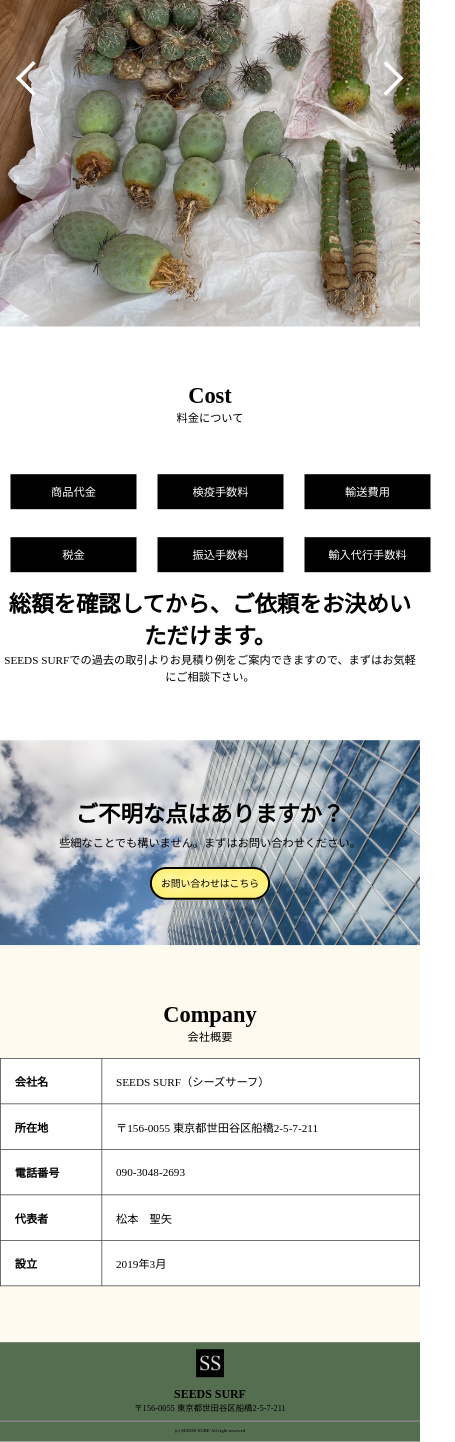
Repository: Seiya00002/seeds-surf-lp
Page: index.html
These files come from the project's save history. The page is drawn as it stood at one moment and after the next save; the edit follows.
The browser window is 600 px wide. The page is 650 px wide, so the pictures cover 650 px, including what lies to the right of the window. The pictures show the part of the page from y = 2898 to 5138 px (the page is 4958 px tall before and 5138 px after), at 70% of full size.

Above is the page before, as saved 2023-07-19 10:07:34.

### index.html
<!DOCTYPE html>
<html lang="ja">
<head>
    <meta charset="UTF-8">
    <meta http-equiv="X-UA-Compatible" content="IE=edge">
    <meta name="viewport" content="width=device-width, initial-scale=1.0,
    minimum-scale=1, maximum-scale=1, user-scalable=no">
    <title>輸入代行SEEDS SURF</title>
    <link rel="stylesheet" href="css/style.css">
</head>
<body>
    <header>
        <div class="header_left">
            <img src="img/sslogo.jpg"
                alt="logo"
                width="40"
                height="40"
                class="logo">
            <h1>植物専門・輸入代行</h1>

        </div>
        <!-- <div class="header_right">
            <img src="img/tel_logo.png"
                alt="tel_logo"
                width="35"
                height="35"
                class="tel_logo">
            <div class="header_contact">
                <h2>090-3048-2693</h2>
                <p>（平日9:00 ~ 18:00）</p>
            </div>
        </div> -->
    </header>

    <main>
        <div class="top_wrapper">
            <div class="container">
                <div class="hero_message">
                    <div class="calculation-app">
                        <h2>お見積り計算シュミレーション</h2>

                            <p>仕入れ先の地域を選択して下さい。</p>
                            <form name="form1">
                                <select name="place">
                                    <option value="1.3">北米</option>
                                    <option value="1.2">ヨーロッパ</option>
                                    <option value="1">アジア</option>
                                </select>
                            </form>

                            <p>箱のサイズの予想を選択して下さい。</p>
                            <form name="form2">
                                <select name="box">
                                    <option value="18350">15kg</option>
                                    <option value="13350">10kg</option>
                                    <option value="8150">5kg</option>
                                </select>
                            </form>
                            <p>およその商品代金を入力して下さい。</p>
                            <label>￥</label><input
                            type="text"
                            id="price"
                            value=""
                            placeholder="金額を入力して下さい"
                            maxlength="7"
                            size="19"
                            ></label>

                            <br>
                            <br>
                            <div class="btn-box">
                                <button id="button">計算Go!!</button>
                            </div>
                    </div>
                </div>
            </div>
        </div>


        <!-- 見積り表 -->
    <div id="estimate_table" class="estimate_wrapper">
        <div class="container">
            <h3>予想お見積り表</h3>
            <table align="center" class="estimate">
                <tr>
                    <th>商品代金</th>
                    <td>¥<span id="span2"></span></td>
                </tr>
                <tr>
                    <th>検疫手数料</th>
                    <td>¥<span id="span3"></span></td>
                </tr>
                <tr>
                    <th>送料</th>
                    <td>¥<span id="span4"></span></td>
                </tr>
                <tr>
                    <th>弊社代行手数料</th>
                    <td>¥<span id="span5"></span></td>
                </tr>
                <tr>
                    <th>海外送金手数料</th>
                    <td>¥<span id="span6"></span></td>
                </tr>
                <tr>
                    <th>税金</th>
                    <td>¥<span id="span7"></span></td>
                </tr>
                <tr>
                  <th class="total">合計</th>
                  <th class="total">¥<span id="span1"></span></th>
              </tr>
            </table>
            <h4>詳しくは下記の「Cost」欄をご覧下さい。</h4>
        </div>
    </div>
        <div class="top_message">
            <div class="container">
                <div class="message">
                    <h1>植物専門の輸入代行とは</h1>
                    <p><img class="check" src="./img/check_icon.png"> 観葉植物などで検疫やワシントン条約に関わる特殊なお手続きを代行いたします。
                        <br><img class="check" src="./img/check_icon.png"> 言語や情報の壁のある現地業社との交渉から購買代行ご対応いたします。
                        <br><img class="check" src="./img/check_icon.png"> 仕入れ先の現地優良業社をご紹介いたします。
                    </p>

                </div>
            </div>
        </div>

        <div class="project_wrapper">
            <div class="container">
                <div class="projects">
                    <div class="project">
                        <div class="project_icon">
                            <img src="img/project_imag1.jpg">
                            <h2>「迅速・柔軟サービス」</h2>
                        </div>
                        <p class="text_contents">フットワークの軽いスタッフが、柔軟にお客様のご要望にご対応いたします。大変な植物の特殊なお手続きを出来る限りスムーズなお取引きを実現いたします。</p>

                    </div>
                    <div class="project">
                        <div class="project_icon">
                            <img src="img/pro_airport.jpg">
                            <h2>「全世界対応」</h2>
                        </div>
                        <p class="text_contents">全地域の現地業社との交渉、購買手続きにご対応いたします。</p>

                    </div>
                    <div class="project">
                        <div class="project_icon">
                            <img src="img/project_img3.jpg">
                            <h2>「現地企業のご紹介サービス」</h2>
                        </div>
                        <p class="text_contents">私たちは信頼出来る優良な業者様とお付き合いがございます。お取引き業者をお持ちでない方も、今すぐ輸入事業を始めることが出来ます。</p>
                    </div>
                        <div class="clear"></div>

                </div>
            </div>
        </div>
        <div class="service_wrapper">
            <div class="container">
                <div class="service_heading">
                    <h1>Frow</h1>
                    <p>輸入取引の流れ</p>
                </div>
                <div class="step">
                    <img src="img/person_img.png"
                    class="step_icon">
                    <div class="step_cont">
                        <h2>Step 1</h2>
                        <p>現地企業交渉</p>
                    </div>
                </div>
                <img src="img/down_img.png" class="step_icon2">

                <div class="step">
                    <img src="img/cal_img.png"
                    class="step_icon">
                    <div class="step_cont">
                        <h2>Step 2</h2>
                        <p>お見積り</p>
                    </div>
                </div>
                <img src="img/down_img.png" class="step_icon2">

                <div class="step">
                    <img src="img/bank_img.png"
                    class="step_icon">
                    <div class="step_cont">
                        <h2>Step 3</h2>
                        <p>お支払い</p>
                    </div>
                </div>
                <img src="img/down_img.png" class="step_icon2">
                <div class="step">
                    <img src="img/airp_imag.png"
                    class="step_icon">
                    <div class="step_cont">
                        <h2>Step 4</h2>
                        <p>発送</p>
                    </div>
                </div>
                <img src="img/down_img.png" class="step_icon2">
                <div class="step">
                    <img src="img/drivery_img.png"
                    class="step_icon">
                    <div class="step_cont">
                        <h2>Step 5</h2>
                        <p>お受取り</p>
                    </div>
                </div>
            </div>
        </div>

        <!-- スライドショー -->
        <div class="slide_wrapper">
            <div id="slide" class="slideshow">
                <p class="disc">SEEDS SURF</p>
                <a class="arrow next" id="right" href="#"></a>
                <a class="arrow back" id="left" href="#"></a>
            </div>
        </div>

        <div class="cost_wrapper">
            <div class="container">
                <div class="cost_heading">
                    <h1>Cost</h1>
                    <p>料金について</p>
                </div>
                <div class="cost_cont">
                    <div class="list01">
                        <p>商品代金</p>
                    </div>
                    <div class="list01">
                        <p>検疫手数料</p>
                    </div>
                    <div class="list01">
                        <p>輸送費用</p>
                    </div>
                    <div class="list02">
                        <p>税金</p>
                    </div>
                    <div class="list02">
                        <p>振込手数料</p>
                    </div>
                    <div class="list02">
                        <p>輸入代行手数料</p>
                    </div>
                    <!-- <div class="clear"></div> -->
                </div>
                <div class="cost_message">
                    <h1>総額を確認してから、ご依頼をお決めいただけます。</h1>
                    <p>SEEDS SURFでの過去の取引よりお見積り例をご案内できますので、まずはお気軽にご相談下さい。</p>
                </div>
            </div>
        </div>
        <div class="contact_wrapper">
            <div class="container">
                <h1>ご不明な点はありますか？</h1>
                <p>些細なことでも構いません。まずはお問い合わせください。</p>
                <a href="https://seeds-surf.com/%e3%81%8a%e5%95%8f%e3%81%84%e5%90%88%e3%82%8f%e3%81%9b/" class="btn contact">お問い合わせはこちら</a>
                <!-- <h2>TEL : 090-3048-2693</h2> -->
                <!-- <p>メールフォームよりお問い合わせ下さい。<br>営業時間：平日10：00〜19：00</p> -->
            </div>
        </div>
        <div class="company_wrapper">
            <div class="container">
                <h1>Company</h1>
                <p>会社概要</p>
                <table align="center" class="company">
                    <tr>
                        <th>会社名</th>
                        <td>SEEDS SURF（シーズサーフ）</td>
                    </tr>
                    <tr>
                        <th>所在地</th>
                        <td>〒156-0055 東京都世田谷区船橋2-5-7-211</td>
                    </tr>
                    <tr>
                        <th>電話番号</th>
                        <td>090-3048-2693</td>
                    </tr>
                    <tr>
                        <th>代表者</th>
                        <td>松本　聖矢</td>
                    </tr>
                    <tr>
                        <th>設立</th>
                        <td>2019年3月</td>
                    </tr>
                </table>
            </div>
        </div>


    </main>

    <footer>
        <div class="container">
                <img src="img/sslogo.jpg"
                    alt="logo"
                    width="40"
                    height="40"
                    class="logo">
                <h1>SEEDS SURF</h1>
                <p>〒156-0055 東京都世田谷区船橋2-5-7-211</p>
                <hr color="gray">
                <small>(c) SEEDS SURF All right reserved</small>
        </div>
    </footer>

    <script src="./app.js"></script>
</body>
</html>

### css/style.css
/* all */
*{
    box-sizing: border-box;
    margin: 0;
    padding: 0;
}

h1 {
    font-family: 'Times New Roman', Times, serif;

}

h2 ,h3 ,p {
    font-family: 'Hiragino Sans';

}
/* header */

header {
    height: 70px;
    display: flex;
    align-items: center;
    position: absolute;
}

.header_left {
    display: flex;
}

.header_right {
    display: flex;
    margin: 0 0 0 auto;
}

.logo {
    margin: 10px 10px;
}

.tel_logo {
    margin: 20px 10px;
}

header h1 {
    font-size: 23px;
    padding: 18px 10px;
    font-weight: 500px;
    text-shadow: 6px 6px 10px white, -6px -6px 10px white;

}

header h2 {
    font-size: 21px;
    padding: 15px 10px 0 0;
}

header p {
    padding-bottom: 10px;
}
.container {
    text-align: center;
    width: 100%;
}

/* main */

/* top */
.top_wrapper {
    color: white;
    width: 100%;
    height: auto;
}

.hero_message {
    background-image: url(../img/cream-spike.jpg);
    background-size: cover;

    font-size: 15px;
    color: black;
    height: 660px;
    min-width:100%;
    font-weight: bold;
    display: flex;
    justify-content: center;
    align-items: center;
    line-height: 2.5em;
}

.calculation-app {
    background: rgb(255, 255, 255,0.5);
    padding: 70px;
    border-radius: 10%;
}

.hero_message h2 {
    padding-bottom: 30px;
}

.top_message {
    background-color: rgb(85, 110, 80);
    color: white;
    padding: 30px 0;
}

.top_message p {
    padding-top: 20px;
    font-size: 17px;
    line-height: 1.6rem;
}

.check {
    width: 16px;
    height: 16px;
}

/* project_wrapper */
.project_wrapper {
    margin-bottom: 80px;
}

.project {
    float: left;
    width: 33%;
    padding: 20px 10px 20px 10px;
    height: 300px;

}

.project_icon {
    position: relative;

}

.project_icon h2 {
    position: absolute;
    top: 80px;
    width: 100%;
    color: white;
    font-weight: normal;

}

@media (max-width: 1000px) {
    .project {
        width: 50%;
    }
}

@media (max-width: 670px) {
    .project {
        width: 100%;
    }
}


.clear {
    clear: left;
}

/* service_wrapper */
.service_wrapper {
    background-color: #fffaf0;
    padding: 80px 0;
}

.service_heading {
padding-bottom: 50px;
}

.step {
    display: flex;
    justify-content: center;
    align-items: center;
    padding: 20px 0;

}

.step_cont {
    padding-left: 50px;
}

.step_icon {
    width: 70px;
    height: 70px;

}

.step_icon2 {
    width: 15px;
    height: 15px;

}

.step h2 {
    font-size: 14px;
}

.step p {
    font-size: 20px;
    padding-top: 13px;
}

/* cost_wrapper */
.cost_wrapper {
    padding: 80px 0;
}

.cost_cont {
    padding-top: 50px;
    width: 650px;
    margin: 0 auto;
    flex-wrap: wrap;
    display: flex;

}


.list01 {
    background-color: black;
    width: 180px;
    height: 50px;
    color: white;
    margin: 20px 15px;
    justify-content: center;
    padding-top: 12px;

}

.list02 {
    background-color: black;
    width: 180px;
    height: 50px;
    color: white;
    margin: 20px 15px;
    justify-content: center;
    padding-top: 12px;


}

@media (max-width: 670px) {
    .cost_cont h2 {
        width: 50%;
    }
}

/* contact_wrapper */
.contact_wrapper {
    background-image: url(../img/sky&office_img.jpeg);
    padding: 80px 0;
    background-size: cover;
    text-shadow: 6px 6px 10px white, -6px -6px 10px white;
    font-weight: 530;
}


.contact_wrapper p {
    padding:8px 0 35px 0;
}

.btn {
    width: 180px;
    height: 35px;
    padding: 13px;
    font-size: 14px;
    color: black;
    background-color:#fff176;
    border: black solid;
    border-radius: 24px;
    user-select: none;
    cursor: pointer;
    text-decoration: none;
}

.btn:hover {
    opacity: .7;
}

.contact_wrapper h2 {
    padding-top: 35px;
}

/* company_wrapper */
.company_wrapper {
    padding: 80px 0;
    background-color: #fffaf0;

}

.company_wrapper p {
    padding-bottom: 20px;
}

table.company {
    border-collapse: collapse;
    width: 600px;
    background-color: white;
    margin: auto;
}

th, td {
    border: solid 1px #333;
    padding: 20px;
}

.company th,td {
    text-align: left;
}


/* footer */

footer {
    background-color: rgb(85, 110, 80);
    color: black;
    padding-bottom: 10px;

}

footer h1 {
    font-size: 17px;
}

footer p {
    font-size: 12px;
    padding-bottom: 10px;
}
small {
    font-size: 7px;

}


/* slideshow 追加 */
.slide_wrapper{
    max-width: 1200px;
    height: 600px;
    margin: auto;
    text-align: center;
}
/*画像配置*/
.slideshow{
    max-width: 100%;
    height: 100%;
    background-image: url(../img/import-img1.jpg);
    background-repeat: no-repeat;
    background-size: cover;
    background-position: 0% 50%;/*左 中央のよせ*/
}
/*文字*/
.disc{
    margin: auto;
    text-align: center;
    font-size: 3em;
    color: #ffffff;
    font-weight: 800;
    padding-top:5%;
}
/*>*/
.next{
    float: right;
    top: 160px;
    right: 50px;
}
/*<*/
.back{
    float: left;
    top: 160px;
    bottom: 0px;
    left: 30px;
}
/*矢印のデザイン*/
.arrow{
    position: relative;
    display: inline-block;
    padding: 0 0 0 16px;
    color: #000;
    vertical-align: middle;
    text-decoration: none;
    font-size: 15px;
}
.arrow::before,
.arrow::after{
    position: absolute;
    top: 0;
    bottom: 0;
    left: 0;
    margin: auto;
    content: "";
    vertical-align: middle;
}

.next::before{
    left: 0px;
    width: 30px;
    height: 30px;
    border-top: 5px solid rgb(255, 255, 255);
    border-right: 5px solid rgb(255, 255, 255);
    -webkit-transform: rotate(45deg);
    transform: rotate(45deg);
}
.back::before{
    left: 0px;
    width: 30px;
    height: 30px;
    border-bottom: 5px solid rgb(255, 255, 255);
    border-left: 5px solid rgb(255, 255, 255);
    -webkit-transform: rotate(45deg);
    transform: rotate(45deg);
}
/* CSSアニメーションの指定 */
.slideshow{
    transition: background-image 1s ease-in;
}

/* 計算シュミレーション追加 */
.btn-box button {
    width: 180px;
    height: 35px;
    padding: 6px;
    font-size: 14px;
    color: black;
    background-color:#fff176;
    border: black solid;
    border-radius: 24px;
    user-select: none;
    cursor: pointer;
  }

  .btn-box button:hover {
    opacity: .7;
  }


/* 見積り表追加 */
.estimate_wrapper {
    display: none;
    background-color: #fffaf0;
    padding: 40px 0;
}
.estimate_wrapper h3 {
    padding-bottom: 20px;
}
.estimate_wrapper h4 {
    padding-top: 20px;
}

table.estimate {
    border-collapse: collapse;
    width: 450px;
    background-color: white;
    margin: auto;
}

.estimate th{
    padding: 15px 20px;
    text-align: center;
}

.estimate td{
    text-align: center;
}

th.total {
    background: rgb(224, 224, 224);
}

.estimate_wrapper.appear {
    display: block;
    animation: .5s fadeIn;
  }

  @keyframes fadeIn {
    0% {
      opacity: 0;
      transform: translateY(-10px);
    }
    100% {
      opacity: 1;
      transform: none;
    }
  }


  @media (max-width: 670px) {
    .list01.list02 {
        width: 50%;
    }
}

### app.js
// スライドショー機能
window.onload =
function (){

    let images = [
        'url(./img/import-img1.jpg)',
        'url(./img/import-img2.jpg)',
        'url(./img/import-img3.jpg)'
    ]

    let target = document.querySelector('#slide');
    let right = document.querySelector('#right');
    let left = document.querySelector('#left');

    // 画像カウンター表示
    let count = 0;

    function change(){
        target.style.backgroundImage = images[count];
        if( count == 2){
            count = 0;
        } else {
            count++;
        }
    }

    function goNext(event) {
        event.preventDefault();
        change();
    }

    function goBack(event) {
        event.preventDefault();
        if( count == 0){
            count = 2;
        } else {
            count--;
        } change();
    }

    right.addEventListener( 'click', goNext, false);
    left.addEventListener( 'click', goBack, false);


setInterval(change, 3000);


// 計算シュミレーションapp

let button = document.getElementById("button");
button.onclick = clickBtn1;

function clickBtn1(){

    const place = document.form1.place;
    const box = document.form2.box;
    const price = document.getElementById('price');

    // 値(数値)を取得
    const num = place.selectedIndex;
    const boxnum = box.selectedIndex;
    console.log(boxnum);

    // 値(数値)から値(value値)を取得
    let region = place.options[num].value;
    let boxPrice = box.options[boxnum].value;
    let plantsPriceString = price.value;

    let plantsPrice = parseInt(plantsPriceString, 10); // plantsPriceStringを数値に変換

    const phyto = 10000;
    let argent = plantsPrice * 0.2;
    let boxCalc = boxPrice*region

    let boxPriceValue = parseInt(boxCalc, 10);

    let sendingMoneyNum = (plantsPrice + boxPriceValue) * 0.0073;
    let sendingMoney = Math.round(sendingMoneyNum);
    let tax = plantsPrice * 0.07;

    let taxValue = parseInt(tax, 10);
    let sendingMoneyNumValue = parseInt(sendingMoney, 10);


    let estimateNum = ( region * boxPrice) + (plantsPrice *0.2) + phyto + plantsPrice + sendingMoneyNumValue + taxValue;
    let plantsValue = plantsPrice.toLocaleString();
    let phytoFee = phyto.toLocaleString();
    let boxFee = boxPriceValue.toLocaleString();
    let argentFee = argent.toLocaleString();
    let sendingMoneyFee = sendingMoney.toLocaleString();
    let taxFee = tax.toLocaleString();
    let estimate = estimateNum.toLocaleString();

    document.getElementById("span1").textContent = estimate;
    document.getElementById("span2").textContent = plantsValue;
    document.getElementById("span3").textContent = phytoFee;
    document.getElementById("span4").textContent = boxFee;
    document.getElementById("span5").textContent = argentFee;
    document.getElementById("span6").textContent = sendingMoneyFee;
    document.getElementById("span7").textContent = taxFee;

  }

// 見積り表示切り替え

const btn = document.getElementById('button')
btn.addEventListener('click', () => {
    const estimate_table = document.getElementById('estimate_table');
    const priceForm = document.getElementById('price');

    if(priceForm.value ===''){
        window.alert('金額を入力して下さい。');
    } else {

    estimate_table.classList.toggle('appear');

    }

    if (btn.textContent == "計算Go!!") {
      btn.textContent = "閉じる";
    } else {
      btn.textContent = "計算Go!!";
    }
  });

};

After the next save:
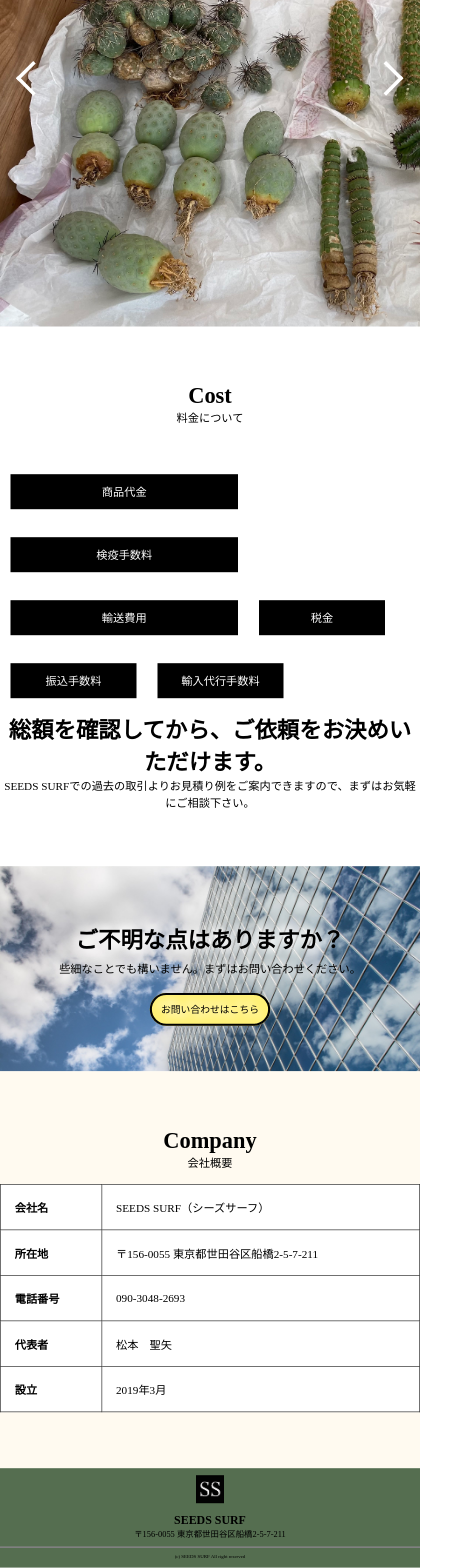
Saved 12 s later.
--- a/css/style.css
+++ b/css/style.css
@@ -482,7 +482,7 @@ th.total {
 
 
   @media (max-width: 670px) {
-    .list01.list02 {
+    .list01 {
         width: 50%;
     }
 }
